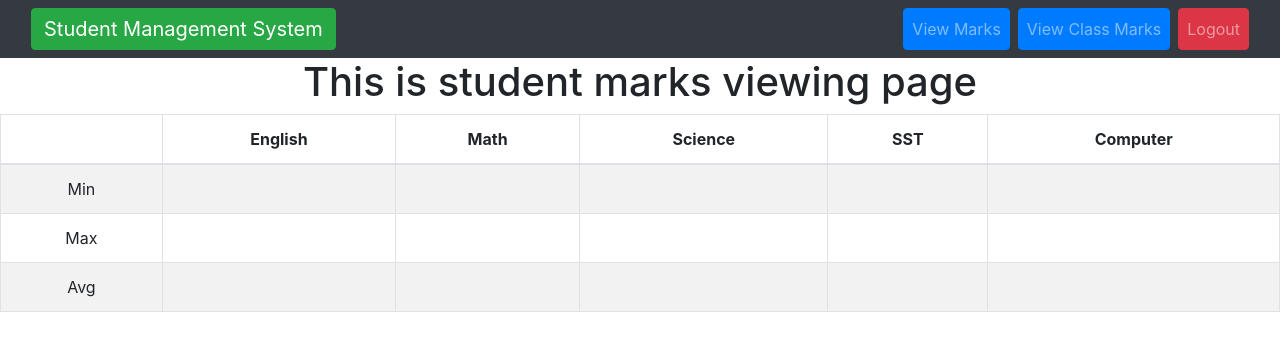
Repository: arupmaji404/StudentManagementSystem
Page: http://localhost/student/view-class-marks
An editor plug-in stored every save of this project. The page is shown before and after the next save, followed by the edit.
The browser window is 1280 px wide. The pictures show the whole page.
The page is this project's Thymeleaf template; nobody is signed in. The template is opened directly, without the code that normally fills it, so the values that code supplies are empty.

Above is the page before, as saved 2022-09-20 18:30:00.

### StudentManagementSystem/src/main/resources/templates/student/view-class-marks.html

<!DOCTYPE html>
<html lang="en" xmlns:th="http://www.thymeleaf.org">
<head>
<meta charset="ISO-8859-1">
<title>View Marks</title>
<link rel="stylesheet"
	href="https://stackpath.bootstrapcdn.com/bootstrap/4.1.3/css/bootstrap.min.css"
	integrity="sha384-MCw98/SFnGE8fJT3GXwEOngsV7Zt27NXFoaoApmYm81iuXoPkFOJwJ8ERdknLPMO"
	crossorigin="anonymous">
</head>
<body>
	<div th:insert="navbar_student :: navbar"></div>
	<div class="text-center mb-2">
		<h1>This is student marks viewing page</h1>
	</div>


	<table class="table table-bordered table-striped text-center">
		<thead>
			<tr>
				<th></th>
				<th>English</th>
				<th>Math</th>
				<th>Science</th>
				<th>SST</th>
				<th>Computer</th>
			</tr>
		</thead>
		<tbody>
			<tr>
			<td><span> Min </span></td>
				<td><span th:text="${min_english}"> English </span></td>
				<td><span th:text="${min_math}"> Math </span></td>
				<td><span th:text="${min_science}"> Science </span></td>
				<td><span th:text="${min_sst}"> SST </span></td>
				<td><span th:text="${min_computer}"> Computer </span></td>
			</tr>
			<tr>
			<td><span> Max </span></td>
				<td><span th:text="${max_english}"> English </span></td>
				<td><span th:text="${max_math}"> Math </span></td>
				<td><span th:text="${max_science}"> Science </span></td>
				<td><span th:text="${max_sst}"> SST </span></td>
				<td><span th:text="${max_computer}"> Computer </span></td>
			</tr>
			<tr>
			<td><span> Avg </span></td>
				<td><span th:text="${avg_english}"> English </span></td>
				<td><span th:text="${avg_math}"> Math </span></td>
				<td><span th:text="${avg_science}"> Science </span></td>
				<td><span th:text="${avg_sst}"> SST </span></td>
				<td><span th:text="${avg_computer}"> Computer </span></td>
			</tr>
		</tbody>
	</table>
</body>
</html>

### StudentManagementSystem/src/main/resources/templates/navbar_student.html
<!DOCTYPE html>
<html xmlns:th="http://www.thymeleaf.org">
<head>
    <meta charset="UTF-8">
    <title>Student Navigation Bar</title>

</head>
<body>

<nav th:fragment="navbar" class="navbar navbar-expand-md bg-dark navbar-dark">
    <div class="container-fluid">
        <div class="navbar-header">
            <a class="navbar-brand btn btn-success" th:href="@{/student/studentIndex}">Student Management System</a>
        </div>
        <ul class="nav navbar-nav">
            <li><a class="nav-link btn btn-primary ml-2" th:href="@{/student/view-marks}">View Marks</a></li>
			<li><a class="nav-link btn btn-primary ml-2" th:href="@{/student/view-class-marks}">View Class Marks</a></li>
            <li><a class="nav-link btn btn-danger ml-2" th:href="@{/logout}">Logout</a></li>
		</ul>
    </div>
</nav>

</body>
</html>

After the next save:
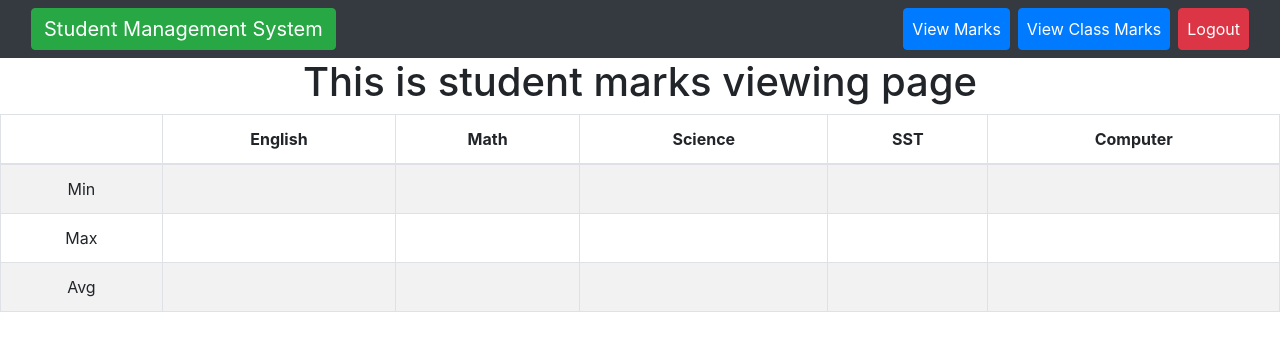
Saved 13 s later.
--- a/StudentManagementSystem/src/main/resources/templates/navbar_student.html
+++ b/StudentManagementSystem/src/main/resources/templates/navbar_student.html
@@ -13,9 +13,9 @@
             <a class="navbar-brand btn btn-success" th:href="@{/student/studentIndex}">Student Management System</a>
         </div>
         <ul class="nav navbar-nav">
-            <li><a class="nav-link btn btn-primary ml-2" th:href="@{/student/view-marks}">View Marks</a></li>
-			<li><a class="nav-link btn btn-primary ml-2" th:href="@{/student/view-class-marks}">View Class Marks</a></li>
-            <li><a class="nav-link btn btn-danger ml-2" th:href="@{/logout}">Logout</a></li>
+            <li><a class="nav-link btn btn-primary ml-2" th:href="@{/student/view-marks}"  style="color: white">View Marks</a></li>
+			<li><a class="nav-link btn btn-primary ml-2" th:href="@{/student/view-class-marks}"  style="color: white">View Class Marks</a></li>
+            <li><a class="nav-link btn btn-danger ml-2" th:href="@{/logout}"  style="color: white">Logout</a></li>
 		</ul>
     </div>
 </nav>
